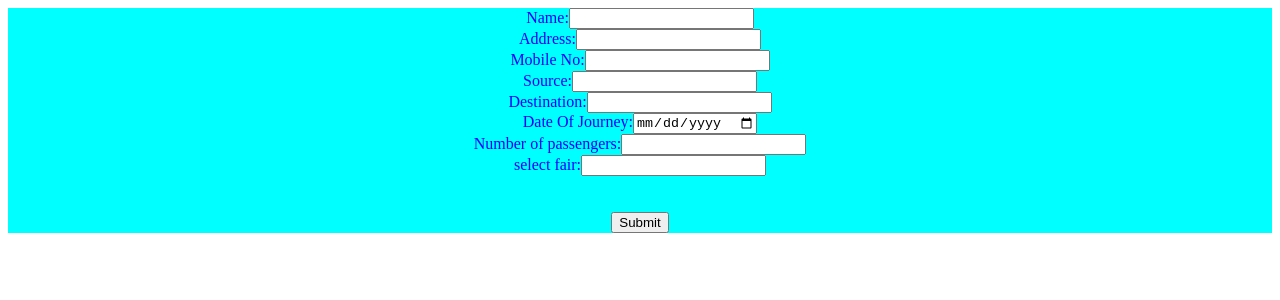
Repository: jha6435/Backenefinalsubmission
Page: http://localhost/ProjectFlyaway2/bookticket.jsp
An editor plug-in stored every save of this project. The page is shown before and after the next save, followed by the edit.
The browser window is 1280 px wide. The pictures show the whole page.
The page is served by Tomcat 9. Other server files are loaded and not shown.

Above is the page before, as saved 2023-05-12 03:46:23.

### ProjectFlyaway2/src/main/webapp/bookticket.jsp
<%@ page language="java" contentType="text/html; charset=ISO-8859-1"
    pageEncoding="ISO-8859-1"%>
<!DOCTYPE html>
<html>
<head>
<meta charset="ISO-8859-1">
<title>Insert title here</title>
<style type="text/css">
form{background:cyan;
color:blue;
text-align: center;
font-size: medium;}
</style>
</head>
<body>
<form action="">
Name:<input type="text" name="name"><br>
Address:<input type="text" name="addr"><br>
Mobile No:<input type="text" name="mob"><br>
Source:<input type="text" name="soce"><br>
Destination:<input type="text" name="destig"><br>
Date Of Journey:<input type="date" name="date"><br>
Number of passengers:<input type="number" name="num"><br>
select fair:<input type="text" name="soce"><br>
<br>
<br>
<input type="submit" name="proceed for payment">
</form>
</body>
</html>

After the next save:
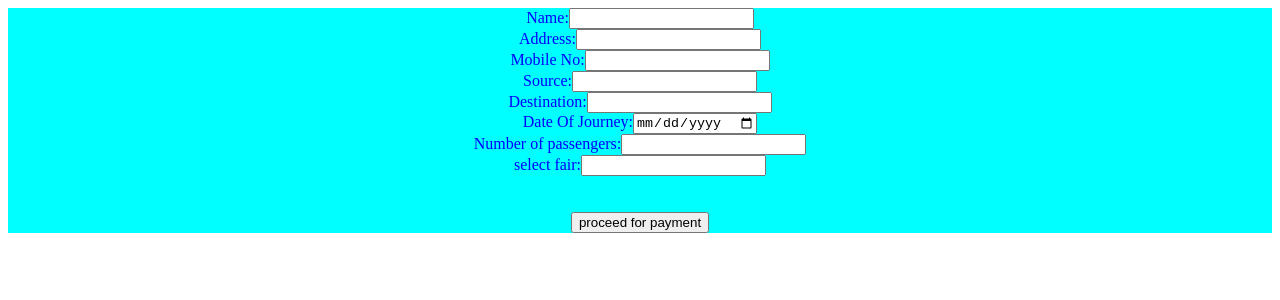
Saved 69 s later.
--- a/ProjectFlyaway2/src/main/webapp/bookticket.jsp
+++ b/ProjectFlyaway2/src/main/webapp/bookticket.jsp
@@ -24,7 +24,7 @@ Number of passengers:<input type="number" name="num"><br>
 select fair:<input type="text" name="soce"><br>
 <br>
 <br>
-<input type="submit" name="proceed for payment">
+<input type="submit" value="proceed for payment">
 </form>
 </body>
 </html>
